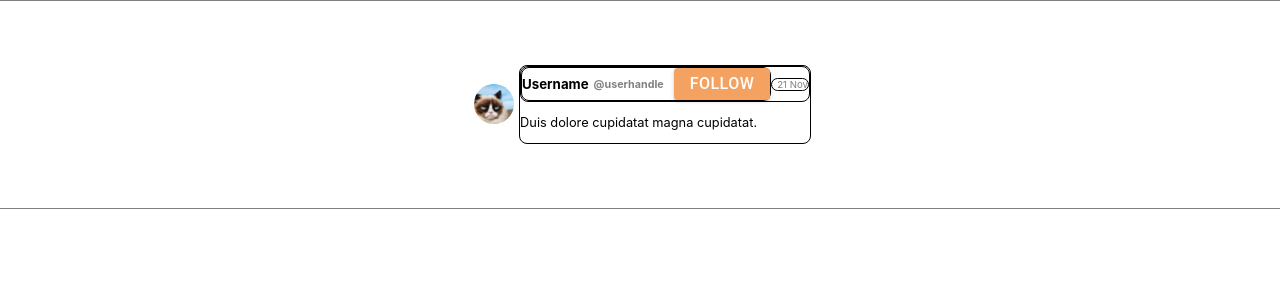
Repository: SeanHLam/comp_orange_client
Page: /comps/tweet (app in orangeapp/)
An editor plug-in stored every save of this project. The page is shown before and after a run of saves, followed by the edit.
The browser window is 1280 px wide. The pictures show the whole page.
The project was rebuilt for these pictures with package versions that can differ from the ones it lists, and the page was loaded fresh each time. The framework's server and built-in components were replaced by stand-ins that run in the browser. Also part of the build but not shown: orangeapp/next.config.js.

Above is the page before, as saved 2022-11-21 15:57:52.

### orangeapp/pages/comps/tweet.js
import React from 'react'
import { FlexBox } from '../../styles/globals'
import { Avatar, Button, Grid } from '@mui/material'

export default function TweetComp() {
  return (
    <FlexBox
        style={{
            width: '100%',
            borderRadius: 0,
            border: 'solid grey .5px',
            borderRightWidth: 0,
            borderLeftWidth:0
        }}
    >
{/* Avatar Area */}
      <Grid item xs={2}>
        <Avatar
            style={{
                marginRight: 0
            }}
            src='/static/grumpycat.jpeg'></Avatar>
      </Grid>
{/* username, handle, date and tweet area */}
      <Grid item xs={10}>
        <FlexBox dir='column'
            style={{
                width: '100%',
                padding: 0,
                marginLeft: 5
            }}>
            <FlexBox
                style={{
                    width: '100%',
                    padding: 0,
                    justifyContent: 'flex-start'
                }}>
{/* Div for username, handle and date */}
                <FlexBox
                 style={{
                    width: '100%',
                    padding: 0,
                    justifyContent: 'flex-start'
                }}
                >
                {/* Username */}
                <h5
                    style={{
                        padding:0,
                        margin: 0
                    }}
                >Username</h5>
                {/* Userhandle */}
                <h6
                 style={{
                    padding:0,
                    margin: 0,
                    marginLeft: 5,
                    color: 'grey'
                }}>@userhandle</h6>
                <Button
                    variant="contained"
                    style={{
                        backgroundColor: '#f4a261',
                        width: "fit-content",
                        height: "2em",
                        marginLeft: 10,
                        fontSize: "1em"
                    }}
                >Follow</Button>
                </FlexBox>
                <FlexBox
                     style={{
                        width: '100%',
                        padding: 0,
                        justifyContent: 'flex-end'
                    }}
                >
                     {/* Date */}
                    <p
                    style={{
                        padding:0,
                        margin: 0,
                        fontSize: '.6em',
                        color: 'grey',
                    }}>21 Nov</p>
                </FlexBox>
            </FlexBox>
            <p
                style={{
                    fontSize: '.8em',
                    alignSelf: 'flex-start',
                }}
            >Duis dolore cupidatat magna cupidatat.</p>
        </FlexBox>
      </Grid>
    </FlexBox>
  )
}

### orangeapp/styles/globals.js
import styled from 'styled-components';

// Reusuable Flexbox div
export const FlexBox = styled.div`
justify-content:center;
align-items:center;
border-radius: .5em;
display:flex;
flex-direction:${props=>props.dir || "row"};
background-color:${props=>props.color || "white"};
color: black;
opacity: 1;
padding: 5%;
border: 1px solid black;
`

// Reusuable Wrapper for all the pages
export const Wrapper = styled.div`
width:80%;
height:100%;
display:flex;
justify-content:center;
align-items:flex-start;
padding: 5%;
background-color: #F8C8A0;
`
// Reusuable Background for all the pages
export const BackGround = styled.div`
width:100vw;
height:100vh;
display:flex;
justify-content:center;
align-items:center;
background-color:#f4a261;
`

Loaded but not shown: orangeapp/pages/_app.js (common file); orangeapp/styles/globals.css (common file)

After the next 3 saves:
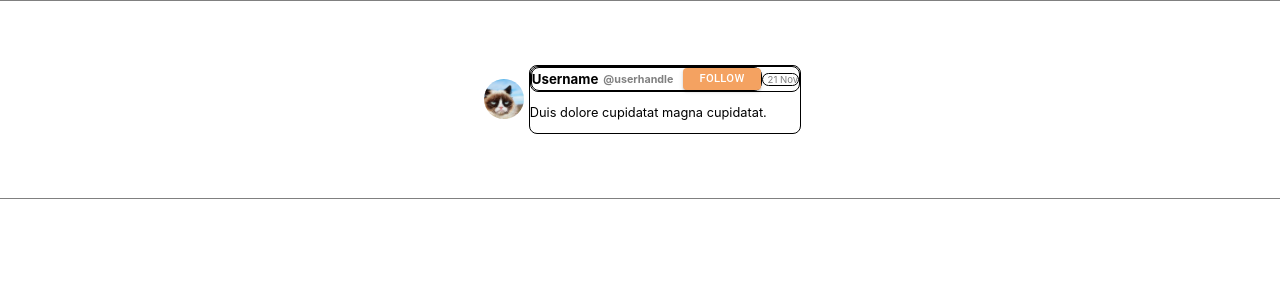
The 3 saves are shown as one change because they came seconds apart.
The last was saved 9 s later.
--- a/orangeapp/pages/comps/tweet.js
+++ b/orangeapp/pages/comps/tweet.js
@@ -65,7 +65,7 @@ export default function TweetComp() {
                         width: "fit-content",
                         height: "2em",
                         marginLeft: 10,
-                        fontSize: "1em"
+                        fontSize: ".7em"
                     }}
                 >Follow</Button>
                 </FlexBox>
